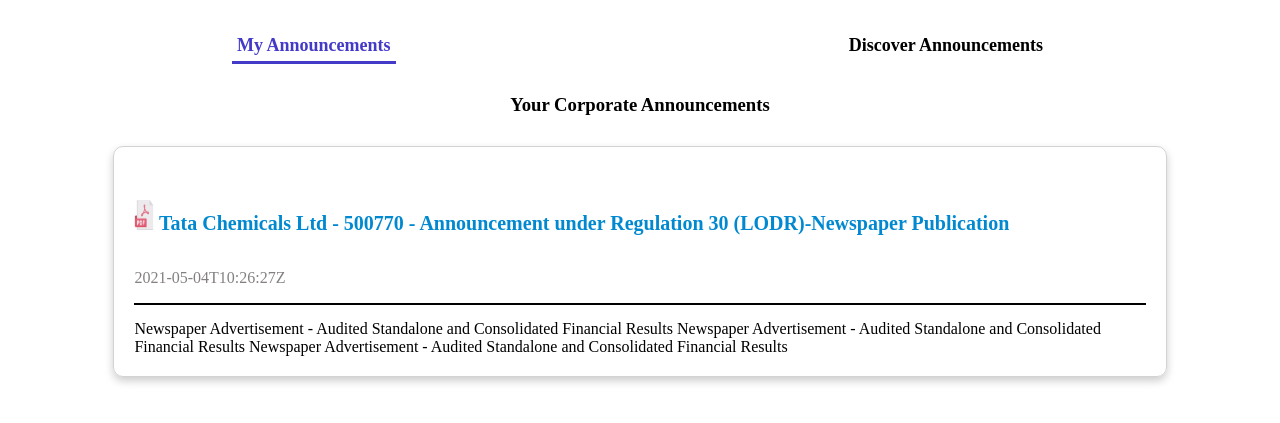
Repository: bhumikagohil/announcements
Page: announcements_tabs/index.html
These files come from the project's save history. The page is drawn as it stood at one moment and after the next save; the edit follows.
The browser window is 1280 px wide. The pictures show the whole page.
The page's requests for data from a server got no answer.

Above is the page before, as saved 2021-05-13 14:07:15.

After the next save:
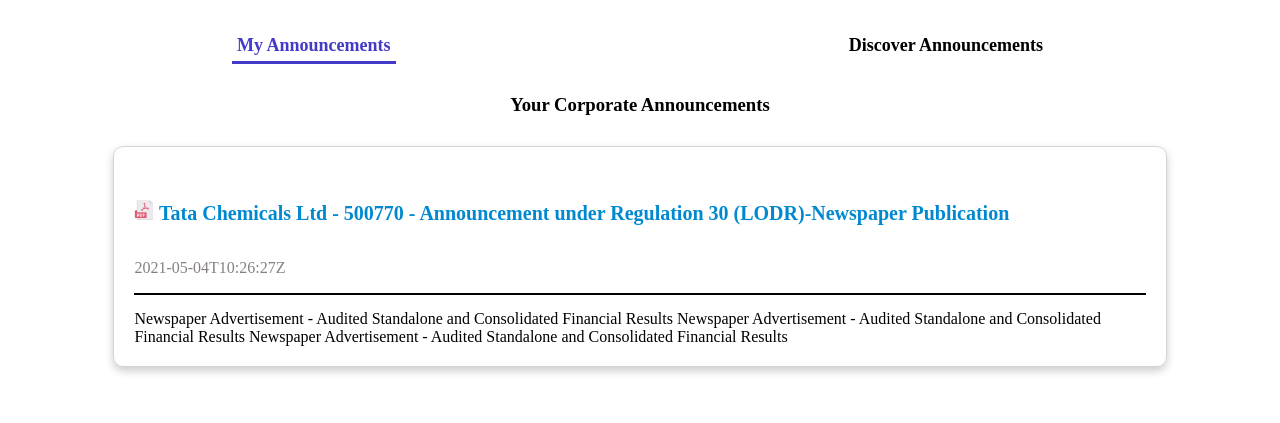
Saved 2 min 3 s later.
--- a/announcements_tabs/index.html
+++ b/announcements_tabs/index.html
@@ -37,7 +37,7 @@
 
 <a href="https://www.bseindia.com/xml-data/corpfiling/AttachLive/5c736c63-80a0-444f-b9a3-3539fa573147.pdf" style="text-decoration: none;">
                        <h5 class="title" style="    font-size: 1.25rem; ">
-                                               <img src="pdf.png" alt="Link" width="20" height="30">
+                                               <img src="pdf.png" alt="Link" width="20" height="20">
 
                             Tata Chemicals Ltd - 500770 - Announcement under Regulation 30 (LODR)-Newspaper Publication
                         </h5>
